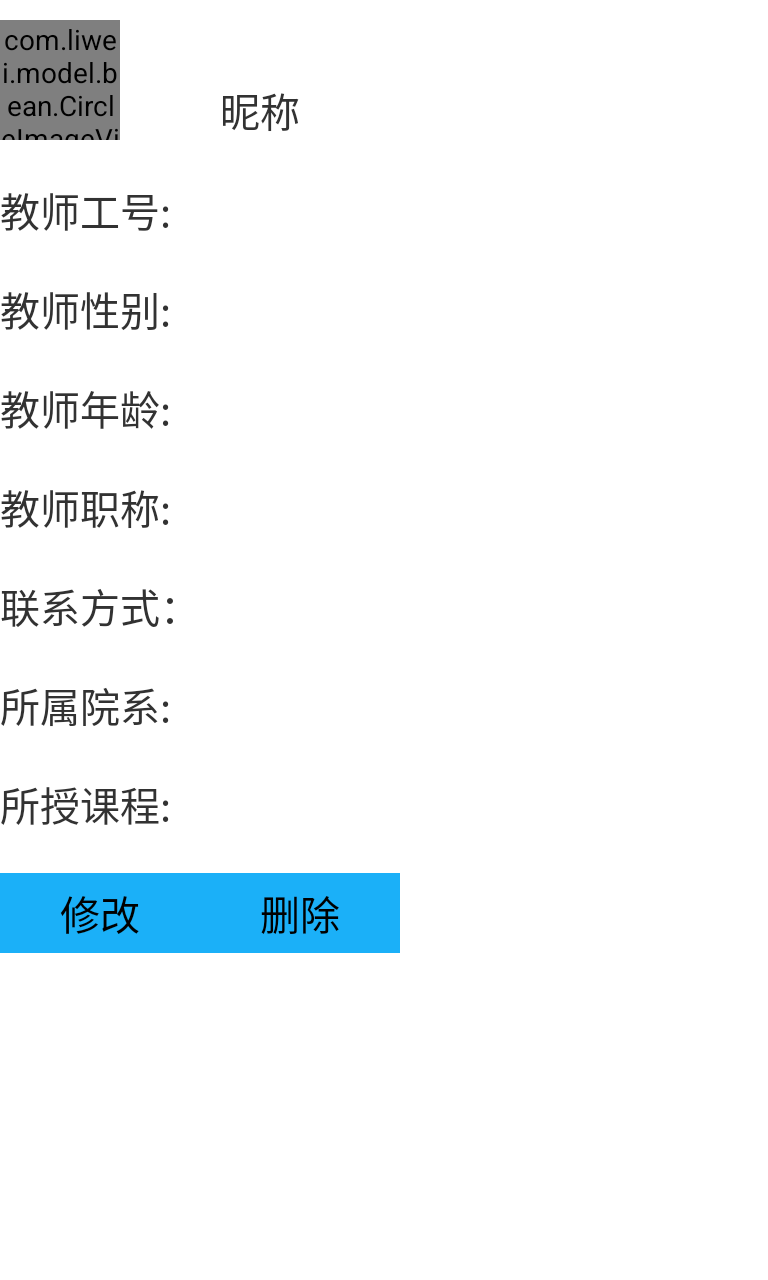
Repository: 15862175370/MyProject
Layout: 毕业设计系统源码_李伟/client/TeachSystem/res/layout/serchteacher_item.xml
An editor plug-in stored every save of this project. The layout is shown before and after the next save, followed by the edit.
Pictures or frames that could not be fetched are drawn as grey boxes. It is drawn on a 768 x 1280 px phone screen (xhdpi) without system bars, with theme AppTheme; the app's code is not run.

Above is the layout before, as saved 2016-05-20 13:42:07.

After the next save:
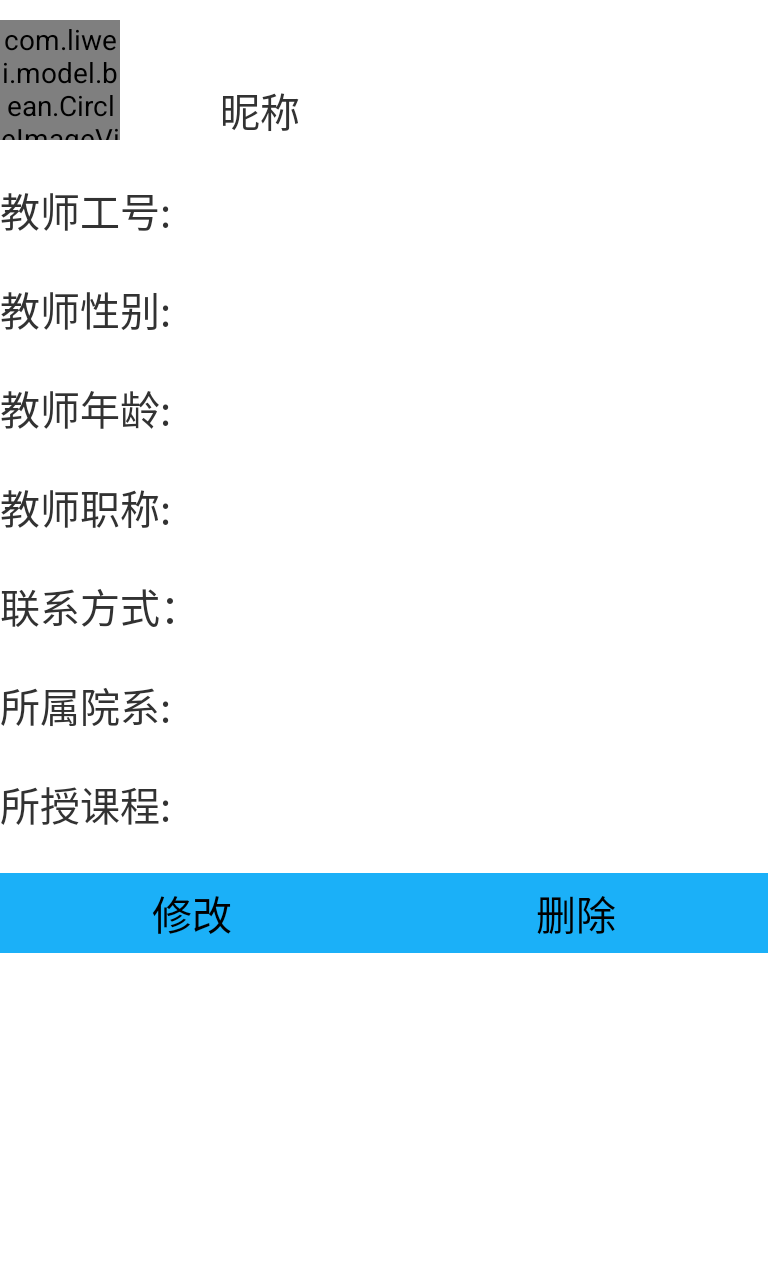
Saved 77 s later.
--- a/毕业设计系统源码_李伟/client/TeachSystem/res/layout/serchteacher_item.xml
+++ b/毕业设计系统源码_李伟/client/TeachSystem/res/layout/serchteacher_item.xml
@@ -210,17 +210,19 @@
 
             >
             <Button
+                android:layout_weight="1"
              android:id="@+id/myteacher_change"
              android:layout_height="40dp"
-               android:layout_width="100dp"
+               android:layout_width="0dp"
                android:background="#1bb0f8"
                android:textSize="20dp"
                android:text="修改"
                 />
               <Button
+                   android:layout_weight="1"
              android:id="@+id/myteacher_delete"
              android:layout_height="40dp"
-               android:layout_width="100dp"
+               android:layout_width="0dp"
                android:background="#1bb0f8"
                android:textSize="20dp"
                android:text="删除"
